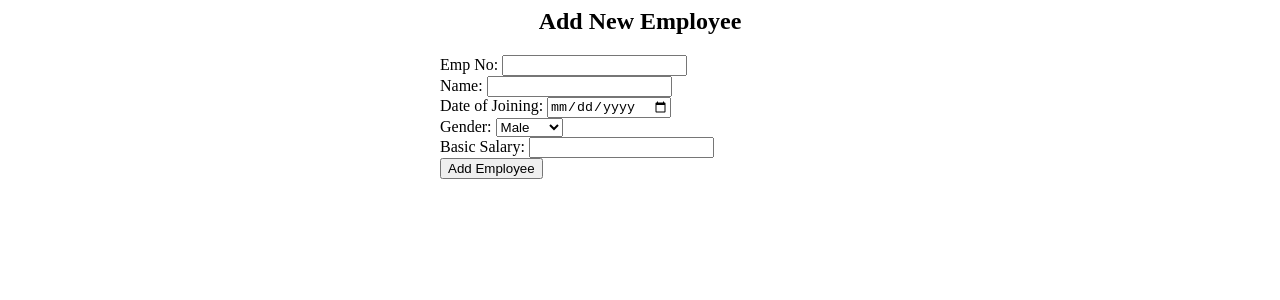
Repository: KUSUMA-74/Advance-JavaProject
Page: http://localhost/EmployeeWebApp/empadd.jsp
An editor plug-in stored every save of this project. The page is shown before and after the next save, followed by the edit.
The browser window is 1280 px wide. The pictures show the whole page.
The page is served by Tomcat 9. Other server files are loaded and not shown.

Above is the page before, as saved 2025-05-30 06:54:21.

### EmployeeWebApp/src/main/webapp/empadd.jsp
<html>
<head>
    <title>Add Employee</title>
</head>
<body>
    <h2 align="center">Add New Employee</h2>
    <form action="AddEmployeeServlet" method="post" style="width: 400px; margin: auto;">
        <label>Emp No:</label>
        <input type="number" name="empno" required><br>

        <label>Name:</label>
        <input type="text" name="empName" required><br>

        <label>Date of Joining:</label>
        <input type="date" name="doj" required><br>

        <label>Gender:</label>
        <select name="gender" required>
            <option value="Male">Male</option>
            <option value="Female">Female</option>
        </select><br>

        <label>Basic Salary:</label>
        <input type="number" step="0.01" name="bsalary" required><br>

        <input type="submit" value="Add Employee">
    </form>
</body>
</html>

After the next save:
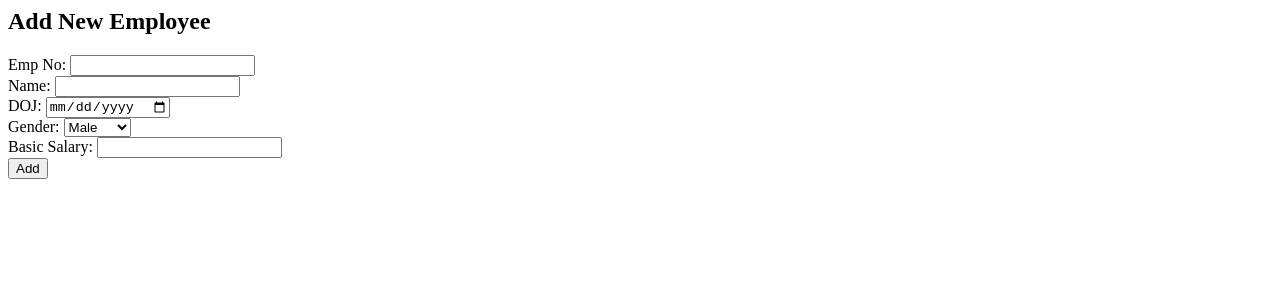
Saved 15 s later.
--- a/EmployeeWebApp/src/main/webapp/empadd.jsp
+++ b/EmployeeWebApp/src/main/webapp/empadd.jsp
@@ -1,29 +1,19 @@
+<%@ page contentType="text/html;charset=UTF-8" language="java" %>
 <html>
-<head>
-    <title>Add Employee</title>
-</head>
+<head><title>Add Employee</title></head>
 <body>
-    <h2 align="center">Add New Employee</h2>
-    <form action="AddEmployeeServlet" method="post" style="width: 400px; margin: auto;">
-        <label>Emp No:</label>
-        <input type="number" name="empno" required><br>
-
-        <label>Name:</label>
-        <input type="text" name="empName" required><br>
-
-        <label>Date of Joining:</label>
-        <input type="date" name="doj" required><br>
-
-        <label>Gender:</label>
-        <select name="gender" required>
-            <option value="Male">Male</option>
-            <option value="Female">Female</option>
+    <h2>Add New Employee</h2>
+    <form action="AddEmployeeServlet" method="post">
+        Emp No: <input type="number" name="empno" required><br>
+        Name: <input type="text" name="empName" required><br>
+        DOJ: <input type="date" name="doj" required><br>
+        Gender:
+        <select name="gender">
+            <option>Male</option>
+            <option>Female</option>
         </select><br>
-
-        <label>Basic Salary:</label>
-        <input type="number" step="0.01" name="bsalary" required><br>
-
-        <input type="submit" value="Add Employee">
+        Basic Salary: <input type="number" step="0.01" name="bsalary" required><br>
+        <input type="submit" value="Add">
     </form>
 </body>
 </html>
